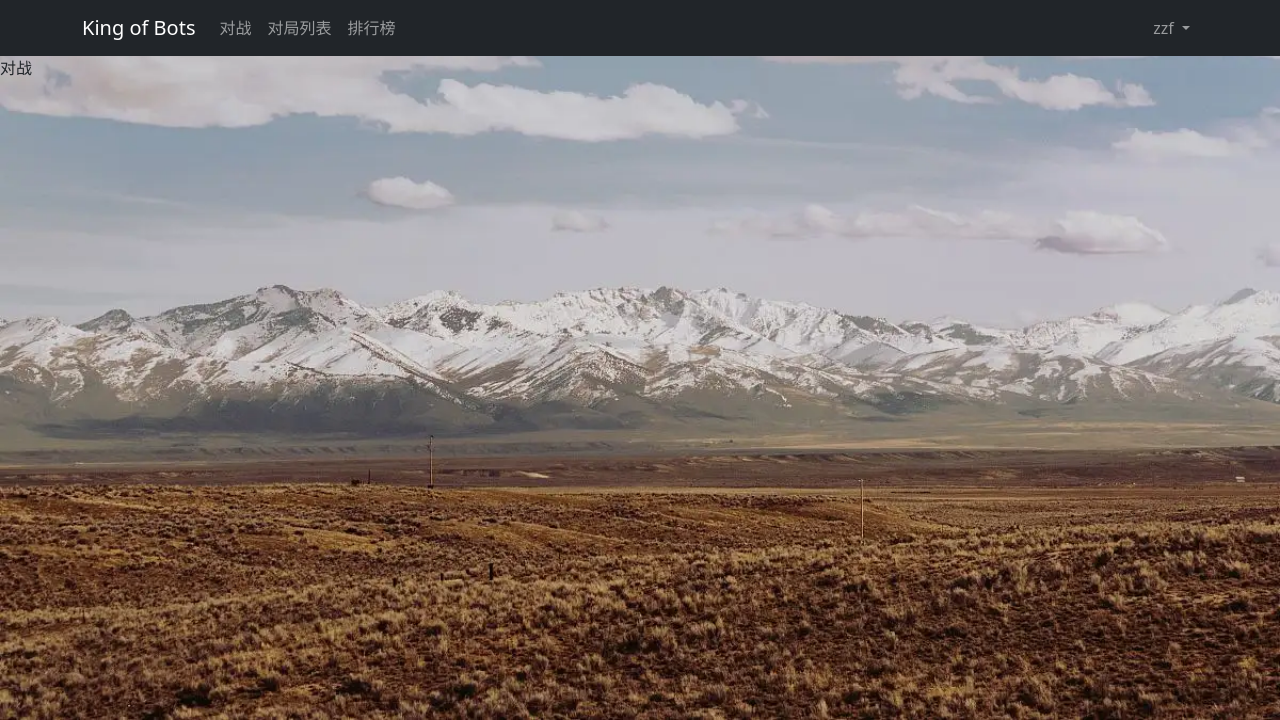
Repository: Chasingwind-Z/Kob
Page: / (app in web/)
The author's editor kept a copy of each file at every save. The page is drawn from the files as they stood at one save, then again after the next save.
The browser window is 1280 px wide. The pictures show the whole page.
The project was rebuilt for these pictures with package versions that can differ from the ones it lists, and the page was loaded fresh each time. Also part of the build but not shown: web/vue.config.js, web/src/views/record/RecordIndexView.vue, web/src/views/ranklist/RanklistIndexView.vue, web/src/views/user/bot/UserBotIndexView.vue, web/src/views/error/NotFound.vue. Imported but missing from the stored project, and not drawn on this page: web/src/components/ContentField.vue.

Above is the page before, as saved 2023-02-09 20:55:39.

After the next save:
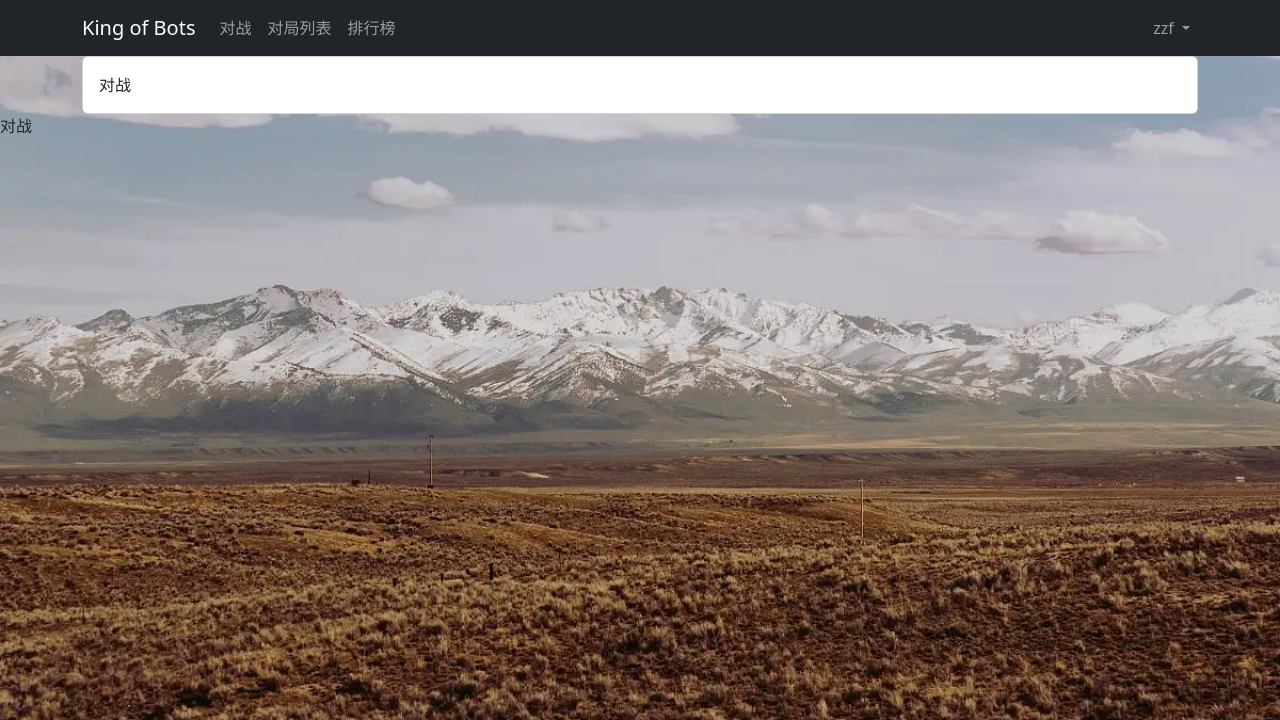
Saved 50 s later.
--- a/web/src/views/pk/PkIndexView.vue
+++ b/web/src/views/pk/PkIndexView.vue
@@ -1,4 +1,9 @@
 <template>
+  <div class="container">
+    <div class="card">
+      <div class="card-body">对战</div>
+    </div>
+  </div>
   <div>对战</div>
 </template>
 
